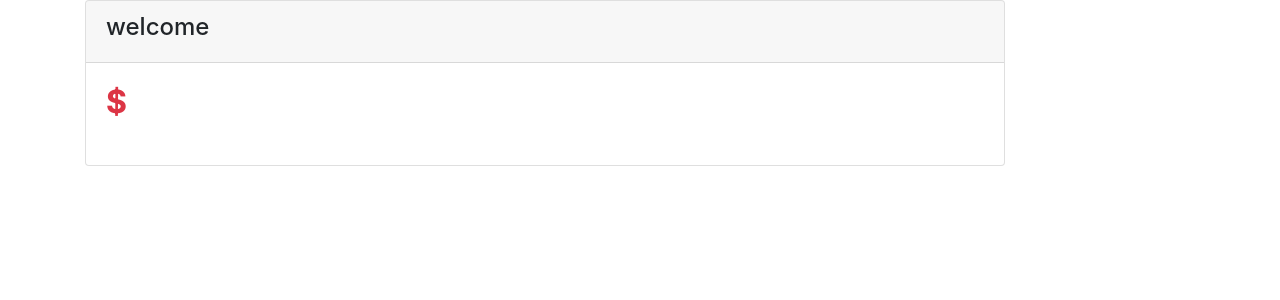
Repository: surefaceJS/allMyWorkInaliLinux
Page: hardcha/index.html
These files come from the project's save history. The page is drawn as it stood at one moment and after the next save; the edit follows.
The browser window is 1280 px wide. The pictures show the whole page.

Above is the page before, as saved 2021-04-19 11:30:10.

After the next save:
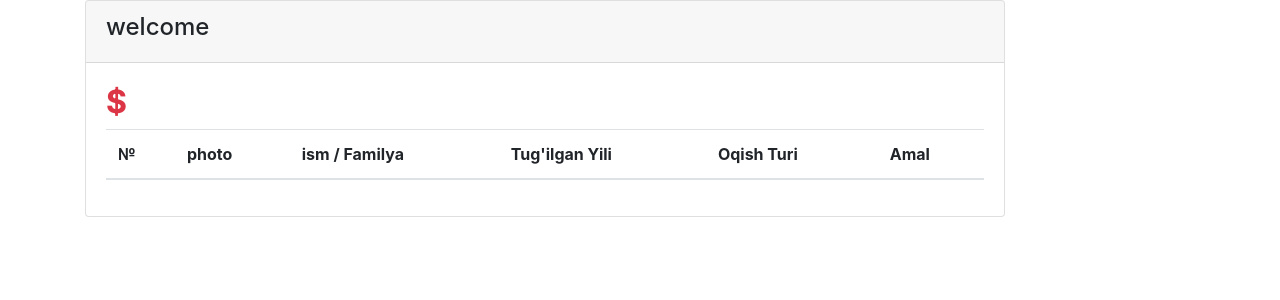
Saved 80 s later.
--- a/hardcha/index.html
+++ b/hardcha/index.html
@@ -27,7 +27,16 @@
                         <h2 class="text-danger text-uppercase font-intel-bold" id="pushMonay"><span>$</span></h2>
 
                         <table class="table table-hover table-striped">
-
+                            <thead>
+                                <tr>
+                                    <th>№</th>
+                                    <th>photo</th>
+                                    <th>ism / Familya</th>
+                                    <th>Tug'ilgan Yili</th>
+                                    <th>Oqish Turi</th>
+                                    <th>Amal</th>
+                                </tr>
+                            </thead>
                         </table>
                     </div>
 
